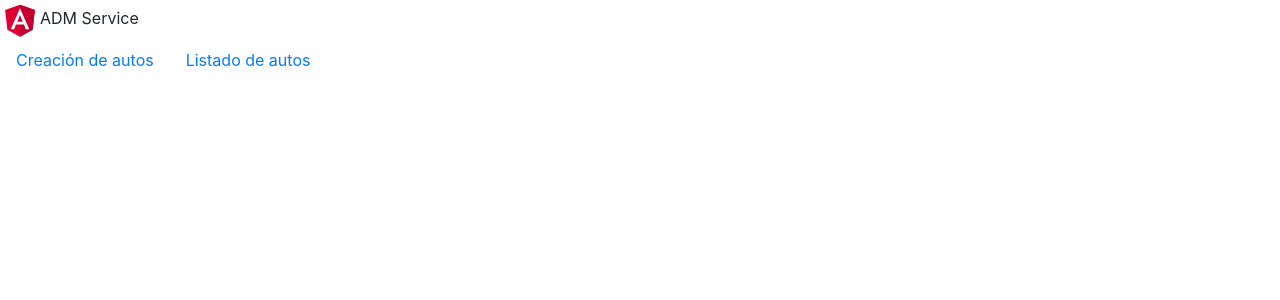
Repository: jpalacio9702/ADM
Page: / (app in frontend/ADM/)
These files come from the project's save history. The page is drawn as it stood at one moment and after the next save; the edit follows.
The browser window is 1280 px wide. The pictures show the whole page.
The project was rebuilt for these pictures with package versions that can differ from the ones it lists, and the page was loaded fresh each time. Also part of the build but not shown: frontend/ADM/angular.json.

Above is the page before, as saved 2021-03-16 19:03:22.

### frontend/ADM/src/index.html
<!doctype html>
<html lang="en">
<head>
  <meta charset="utf-8">
  <title>ADM</title>
  <base href="/">
  <meta name="viewport" content="width=device-width, initial-scale=1">
  <link rel="icon" type="image/x-icon" href="favicon.ico">
</head>
<body>
  <app-root></app-root>
</body>
</html>

### frontend/ADM/src/app/app.module.ts
import { NgModule } from '@angular/core';
import { BrowserModule } from '@angular/platform-browser';

import { AppRoutingModule } from './app-routing.module';
import { AppComponent } from './app.component';
import { TabsModule } from 'ngx-bootstrap/tabs';

@NgModule({
  declarations: [
    AppComponent
  ],
  imports: [
    BrowserModule,
    AppRoutingModule,
    TabsModule.forRoot()
  ],
  providers: [],
  bootstrap: [AppComponent]
})
export class AppModule { }

### frontend/ADM/src/app/app.component.ts
import { Component } from '@angular/core';

@Component({
  selector: 'app-root',
  templateUrl: './app.component.html',
  styleUrls: ['./app.component.css']
})
export class AppComponent {
  title = 'ADM';
}

### frontend/ADM/src/app/app.component.html
<!-- Toolbar -->
<div class="toolbar" role="banner">
  <img
    width="40"
    alt="Angular Logo"
    src="data:[embedded picture, 522 characters]"
  />
  <span>ADM Service</span>
    <div class="spacer"></div>
</div>

<ul class="nav navbar-dark bg-default">
  <li class="nav-item" [routerLinkActive]="['active']" [routerLinkActiveOptions]="{exact:true}">
    <a class="nav-link" aria-current="page" [routerLink]="['/']">Creación de autos</a>
  </li>
  <li class="nav-item" [routerLinkActive]="['active']" [routerLinkActiveOptions]="{exact:true}">
    <a class="nav-link" [routerLink]="['/listar']">Listado de autos</a>
  </li>
</ul>
<router-outlet></router-outlet>

Loaded but not shown: frontend/ADM/src/styles.css (common file); frontend/ADM/src/main.ts (common file); frontend/ADM/src/environments/environment.ts (common file); frontend/ADM/src/app/app-routing.module.ts (common file); frontend/ADM/src/app/app.component.css (no stored copy; drawn as an empty file)

After the next save:
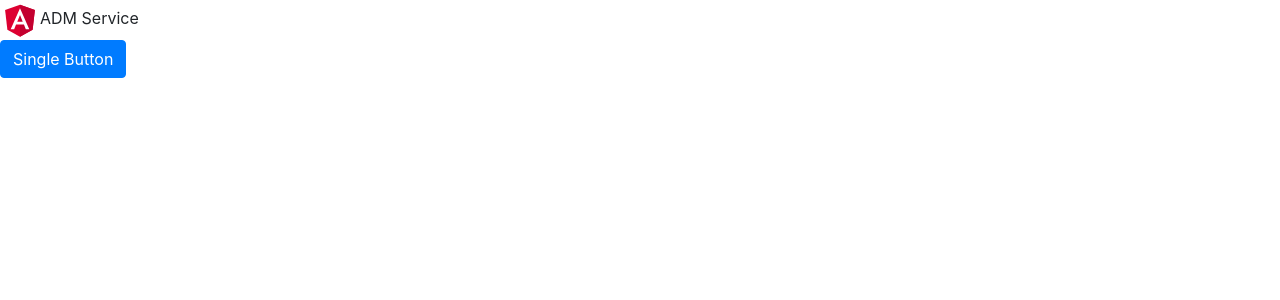
Saved 112 s later.
--- a/frontend/ADM/src/app/app.component.html
+++ b/frontend/ADM/src/app/app.component.html
@@ -9,12 +9,7 @@
     <div class="spacer"></div>
 </div>
 
-<ul class="nav navbar-dark bg-default">
-  <li class="nav-item" [routerLinkActive]="['active']" [routerLinkActiveOptions]="{exact:true}">
-    <a class="nav-link" aria-current="page" [routerLink]="['/']">Creación de autos</a>
-  </li>
-  <li class="nav-item" [routerLinkActive]="['active']" [routerLinkActiveOptions]="{exact:true}">
-    <a class="nav-link" [routerLink]="['/listar']">Listado de autos</a>
-  </li>
-</ul>
+<button type="button" class="btn btn-primary">
+  Single Button
+</button>
 <router-outlet></router-outlet>
